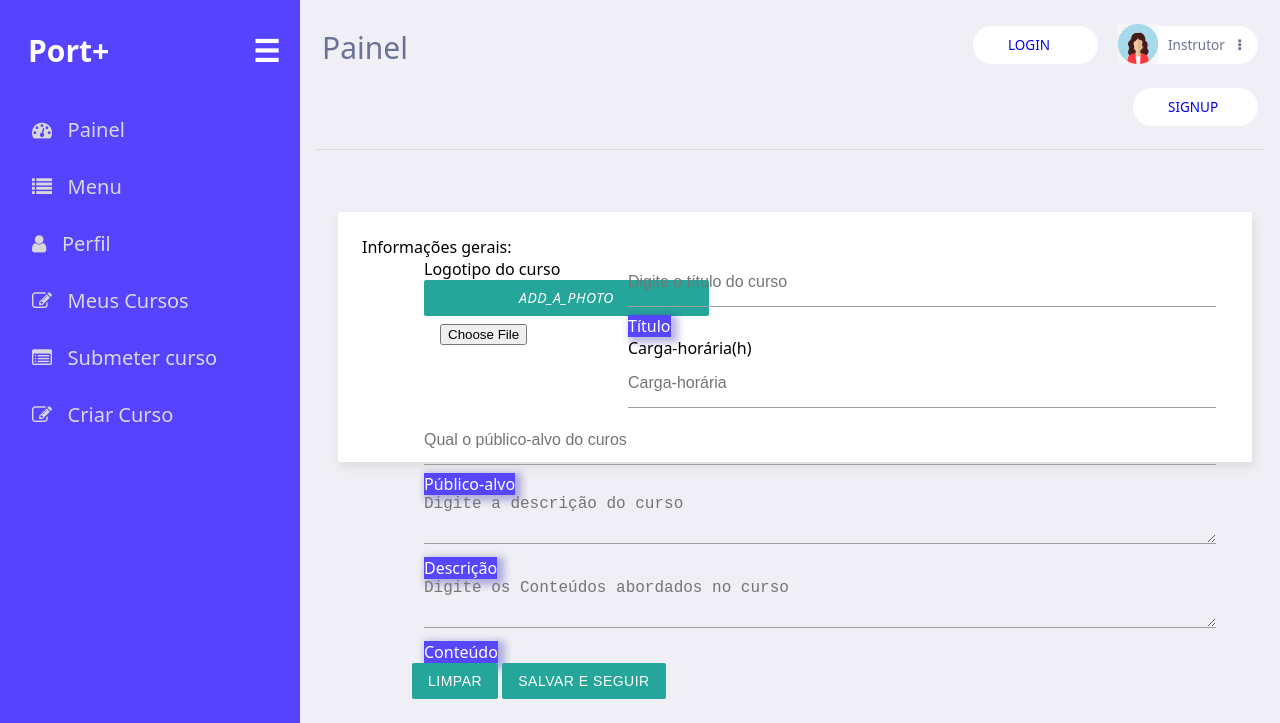
Repository: LauraMViana/Port-plus
Page: http://localhost/portPlus/criarCurso/criarCurso
The author's editor kept a copy of each file at every save. The page is drawn from the files as they stood at one save, then again after the next save.
The browser window is 1280 px wide. The pictures show the whole page.
The page is this project's Thymeleaf template; nobody is signed in. The template is opened directly, without the code that normally fills it, so the values that code supplies are empty.

Above is the page before, as saved 2021-12-27 14:54:09.

### port/src/main/resources/templates/portPlus/criarCurso/criarCurso.html
<!DOCTYPE html >
<html xmlns:th="http://www.thymeleaf.org">
<head>
<meta charset="UTF-8">
<link rel="stylesheet"
	href="https://cdnjs.cloudflare.com/ajax/libs/font-awesome/4.7.0/css/font-awesome.min.css">
<!-- Compiled and minified CSS -->

<!-- <link rel="stylesheet"
	href="https://cdnjs.cloudflare.com/ajax/libs/materialize/1.0.0/css/materialize.min.css">  -->
<link href="https://fonts.googleapis.com/icon?family=Material+Icons"
	rel="stylesheet">
<link rel="stylesheet" href="/Style.css">

<title>PortPlus</title>
</head>
<body>
	<div th:insert="~{menu :: menu}"></div>
	<div id="main">
		<div class="row">
			<div class="col s12 m13">
				<div class="card">
					<div class="card-content ">
						<span class="card-title">Informações gerais:</span>
						<div class="row">
							<form action="/portPlus/criarCurso" method="post"
								enctype="multipart/form-data" th:object="${curso}">
								<div class="col s3">
									<label>Logotipo do curso</label>
									<div class="file input-field">
										<div class="btn">
											<i class="large material-icons">add_a_photo</i> <input
												type="file" name="file">
											<p th:errors="*{nomeLogo}"></p>
										</div>
									</div>
								</div>
								<div class="input-field col s9">
									<input placeholder="Digite o título do curso" id="titulo"
										type="text" class="validate" th:field="*{titulo}"> <label
										for="titulo" class="active">Título</label>
									<p th:errors="*{titulo}"></p>
									<div>
										<label for="cg">Carga-horária(h)</label> <input
											placeholder="Carga-horária" id="cg" type="number"
											class="validate" th:field="*{cargahoraria}">
									</div>
									<p th:errors="*{cargahoraria}"></p>
								</div>
								<div class="input-field col s12">
									<input placeholder="Qual o público-alvo do curos" id="nome"
										type="text" class="validate" th:field="*{publicalvo}">
									<label for="nome" class="active">Público-alvo</label>
									<p th:errors="*{publicalvo}"></p>
								</div>

								<div class="input-field col s12">
									<textarea placeholder="Digite a descrição do curso"
										id="textarea1" class="materialize-textarea"
										th:field="*{descricao}"></textarea>
									<label for="textarea1" class="active">Descrição</label>
									<p th:errors="*{descricao}"></p>
								</div>

								<div class="input-field col s12">
									<textarea placeholder="Digite os Conteúdos abordados no curso"
										id="textarea1" class="materialize-textarea"
										th:field="*{conteudo}"></textarea>
									<label for="textarea1" class="active">Conteúdo</label>
									<p th:errors="*{conteudo}"></p>
								</div>

								<div class="right-align">
									<button class="btn waves-effect waves-light align-center"
										type="reset" name="action">Limpar</button>
									<button class="btn waves-effect waves-light align-center"
										type="submit" name="action">Salvar e seguir</button>
								</div>
							</form>
						</div>
					</div>
				</div>
			</div>
		</div>
	</div>
	<script
		src="https://ajax.googleapis.com/ajax/libs/jquery/3.5.1/jquery.min.js"></script>
	<script>
		$(".menu").click(function() {
			$("#mySidenav").css('width', '70px');
			$("#main").css('margin-left', '70px');
			$(".logo").css('display', 'none');
			$(".logo1").css('display', 'block');
			$(".logo span").css('visibility', 'visible');
			$(".logo span").css('margin-left', '-10px');
			$(".icon-a").css('visibility', 'hidden');
			$(".icon-a").css('height', '25px');
			$(".icons").css('visibility', 'visible');
			$(".icons").css('margin-left', '-8px');
			$(".menu1").css('display', 'block');
			$(".menu").css('display', 'none');
		});

		$(".menu1").click(function() {
			$("#mySidenav").css('width', '300px');
			$("#main").css('margin-left', '300px');
			$(".logo").css('visibility', 'visible');
			$(".logo").css('display', 'block');
			$(".icon-a").css('visibility', 'visible');
			$(".icons").css('visibility', 'visible');
			$(".menu").css('display', 'block');
			$(".menu1").css('display', 'none');
		});
	</script>
	<script>
		$(document).ready(function() {
			$(".profile p").click(function() {
				$(".profile-div").toggle();
			});
		});
	</script>
</body>
</html>

### port/src/main/resources/templates/menu.html
<!DOCTYPE html >
<html xmlns:th="http://www.thymeleaf.org">
<head>
<meta charset="UTF-8">
<link rel="stylesheet" href="/Style.css" type="text/css" />
<link rel="stylesheet"
	href="https://cdnjs.cloudflare.com/ajax/libs/font-awesome/4.7.0/css/font-awesome.min.css">
<title>Port+</title>
</head>
<body>
	<div th:fragment="menu">
		<div id="mySidenav" class="sidenav">
			<p class="logo">
				Port+ <span class="menu">&#9776;</span>
			</p>
			<p class="logo1">
				<span class="menu1">&#9776;</span>
			</p>
			<a href="/" class="icon-a"> <i class="fa fa-dashboard icons"></i>
				&nbsp;&nbsp;Painel
			</a> <a href="/" class="icon-a"><i class="fa fa-list icons"></i>
				&nbsp;&nbsp;Menu</a> <a href="#" class="icon-a"><i
				class="fa fa-user icons"></i> &nbsp;&nbsp;Perfil</a> <a
				href="/portPlus/criarCurso" class="icon-a"><i
				class="fa fa-edit icons"></i> &nbsp;&nbsp;Meus Cursos</a> <a
				href="/portPlus/meusCursos" class="icon-a"><i
				class="fa fa-list-alt icons"></i> &nbsp;&nbsp;Submeter curso</a> <a
				href="/portPlus/criarCurso" class="icon-a"><i
				class="fa fa-edit icons"></i> &nbsp;&nbsp;Criar Curso</a>
		</div>

		<div id="main">
			<div class="head">
				<div class="col-div-6">
					<p class="nav">Painel</p>
				</div>
				<div class="col-div-6">
					<div class="profile">
						<img src="/Imagens/usuario.png" class="pro-img" />
						<p>
							Instrutor <i class="fa fa-ellipsis-v dots" aria-hidden="true"></i>
						</p>
						<div class="profile-div">
							<p>
								<a href="#" class="icon-a"><i class="fa fa-user"></i>
									&nbsp;&nbsp;Perfil
							</p>
							</a>
							<!-- <p>
								<i class="fa fa-cogs"></i> &nbsp;&nbsp;Configurações
							</p> -->
							<p>
								<i class="fa fa-power-off"></i> &nbsp;&nbsp;Sair
							</p>
						</div>
					</div>
					<div class="login">
						<p>
							<a href="/portPlus/login">LOGIN</a>
						</p>
						<p>
							<a href="/portPlus/signup">SIGNUP</a>
						</p>
					</div>
				</div>
				<div class="clearfix"></div>
			</div>
			<div class="clearfix"></div>
			<br />
		</div>
	</div>
	<script
		src="https://ajax.googleapis.com/ajax/libs/jquery/3.5.1/jquery.min.js"></script>
	<script>
		$(".menu").click(function() {
			$("#mySidenav").css('width', '70px');
			$("#main").css('margin-left', '70px');
			$(".logo").css('display', 'none');
			$(".logo1").css('display', 'block');
			$(".logo span").css('visibility', 'visible');
			$(".logo span").css('margin-left', '-10px');
			$(".icon-a").css('visibility', 'hidden');
			$(".icon-a").css('height', '25px');
			$(".icons").css('visibility', 'visible');
			$(".icons").css('margin-left', '-8px');
			$(".menu1").css('display', 'block');
			$(".menu").css('display', 'none');
		});

		$(".menu1").click(function() {
			$("#mySidenav").css('width', '300px');
			$("#main").css('margin-left', '300px');
			$(".logo").css('visibility', 'visible');
			$(".logo").css('display', 'block');
			$(".icon-a").css('visibility', 'visible');
			$(".icons").css('visibility', 'visible');
			$(".menu").css('display', 'block');
			$(".menu1").css('display', 'none');
		});
	</script>
	<script>
		$(document).ready(function() {
			$(".profile p").click(function() {
				$(".profile-div").toggle();

			});

			/* $(".noti-icon").click(function() {
					$(".notification-div").toggle();
				}); */

		});
	</script>
</body>
</html>

### port/src/main/resources/static/Style.css
/* Laura */
body {
	margin: 0px;
	padding: 0px;
	background-color: #efeff5;
	font-family: system-ui;
}

.clearfix {
	clear: both;
}

.logo {
	margin: 0px;
	margin-left: 28px;
	font-weight: bold;
	color: white;
	margin-bottom: 30px;
}

.sidenav {
	height: 100%;
	width: 300px;
	position: fixed;
	z-index: 1;
	top: 0;
	left: 0;
	background-color: #5643ff;
	overflow: hidden;
	padding-top: 30px;
	transition: ease-in-out 0.3s;
}

.menu {
	float: right;
	margin-right: 20px;
	cursor: pointer;
}

.logo1 {
	margin: 0px;
	margin-left: 20px;
	font-weight: bold;
	color: white;
	margin-bottom: 50px;
	display: none;
	cursor: pointer;
}

.menu1 {
	float: left;
	display: none;
}

.sidenav a {
	padding: 15px 8px 15px 32px;
	text-decoration: none;
	font-size: 20px;
	color: #d8d8d8;
	display: block;
}

.sidenav a:hover {
	color: #f1f1f1;
	background-color: #2c1ed6;
}

.sidenav {
	top: 0;
	right: 25px;
	font-size: 30px;
}

#main {
	padding: 16px;
	margin-left: 300px;
}

.head {
	padding: 0px 6px;
	border-bottom: 1px solid #d6d6d8b8;
	padding-bottom: 10px;
}

.col-div-6 {
	width: 50%;
	float: left;
}

.login p {
	color: #6c7293;
	font-weight: 500;
	margin-left: 35px;
	margin-top: 10px;
	font-size: 13.5px;
	background-color: white;
	padding: 10px;
	border-radius: 25px;
	padding-left: 35px;
	width: 80px;
	float: right;
	cursor: pointer;
}

.profile {
	display: inline-block;
	float: right;
	width: 160px;
}

.pro-img {
	float: left;
	width: 40px;
	margin-top: 8px;
	margin-left: 20px;
}

.profile p {
	color: #6c7293;
	font-weight: 500;
	margin-left: 35px;
	margin-top: 10px;
	font-size: 13.5px;
	background-color: white;
	padding: 10px;
	border-radius: 25px;
	padding-left: 35px;
	cursor: pointer;
}

.dots {
	margin-left: 10px;
}

.profile-div {
	background-color: white;
	width: 160px;
	border: 1px solid #ddd;
	padding: 10px 0px;
	right: 2%;
	border-radius: 5px;
	position: absolute;
	z-index: 9;
	display: none;
}

.profile-div:after {
	content: '';
	position: absolute;
	height: 10px;
	width: 10px;
	background-color: white;
	top: -6px;
	border-left: 1px solid #ddd;
	border-top: 1px solid #ddd;
	transform: rotate(45deg);
	right: 10%;
}

.profile-div p {
	margin: 0px;
	padding: 10px 20px;
}

.profile-div p:hover {
	margin: 0px;
	padding: 10px 20px;
	background-color: #5643ff;
	border-radius: 0px;
	color: white;
}

.notification-div {
	background-color: white;
	width: 240px;
	border: 1px solid #ddd;
	padding: 10px 0px;
	right: 16%;
	border-radius: 5px;
	top: 12%;
	position: absolute;
	z-index: 9;
	display: none;
}

.notification-div:after {
	content: '';
	position: absolute;
	height: 10px;
	width: 10px;
	background-color: white;
	top: -6px;
	border-left: 1px solid #ddd;
	border-top: 1px solid #ddd;
	transform: rotate(45deg);
	right: 10%;
}

.noti-head {
	display: block;
	margin: 0px;
	color: #6c7293;
}

.noti-head:hover {
	background-color: white !important;
	color: #6c7293 !important;
}

.noti-head span {
	position: absolute;
	right: 8%;
	top: 10%;
	background-color: #5643ff;
	padding: 1px 5px;
	color: white;
	border-radius: 20px;
}

.hr {
	margin: 0px;
	border: none;
	background-color: #ddd;
	height: 1px;
}

.notification-div p {
	margin: 0px;
	padding: 10px 20px;
	color: #6c7293;
}

.notification-div p span {
	font-size: 11px;
	display: block;
}

.notification-div p:hover {
	margin: 0px;
	padding: 10px 20px;
	background-color: #5643ff;
	border-radius: 0px;
	color: white;
}

.search-icon {
	position: absolute;
	right: 22%;
	top: 25px;
	background-color: white;
	padding: 13px;
	border-radius: 21px;
	color: #6c7293;
	cursor: pointer;
}

.noti-icon {
	position: absolute;
	right: 17%;
	top: 25px;
	background-color: #5643ff;
	padding: 13px;
	border-radius: 21px;
	color: #fff;
	cursor: pointer;
}

.noti-icon:after {
	content: '';
	height: 5px;
	width: 5px;
	border-radius: 5px;
	top: 5px;
	left: 20px;
	position: absolute;
	background-color: red;
}

.col-div-4-1 {
	width: 33.3%;
	float: left;
}

.box {
	width: 88%;
	height: 480px;
	background-color: #ffffff;
	margin-left: 10px;
	padding: 10px;
	box-shadow: 2px 5px 10px #ddd;
	position: relative;
}

.box p {
	color: #6c7293;
	font-weight: 500;
	padding-left: 10px;
}

.number {
	font-size: 35px;
	margin-bottom: 0px;
	margin-top: 20px;
}

.percent {
	margin: 0px;
	font-size: 14px;
	color: #37bf37 !important;
}

.percent span {
	font-size: 12px;
	color: #9398b1;
	padding-left: 3px;
}

.head-1 {
	font-size: 18px !important;
	margin: 10px 0px;
	color: #6c7293;
}

.head-1 span {
	float: right;
	background-color: #5643ff;
	color: white;
	padding: 3px 10px;
	font-size: 15px;
}

.box-icon {
	font-size: 20px !important;
	margin-top: 35px !important;
	color: #5643ff;
	padding-right: 10px;
	background-color: #efeff5;
	padding: 15px;
	border-radius: 25px;
	position: absolute;
	right: 16px;
	top: -18px;
}

.box-1 {
	width: 88%;
	height: 282px;
	background-color: #ffffff;
	margin-left: 10px;
	padding: 10px;
	box-shadow: 2px 5px 10px #ddd;
	position: relative;
}

.m-box {
	color: #6c7293;
	position: relative;
	padding: 0px 12px;
}

.active {
	background-color: #5646ff;
	color: white;
	box-shadow: 4px 3px 7px 3px #3226ad54;
}

.active .no-1 {
	color: #ddd !important;
}

.m-box p {
	display: inline-block;
	margin: 10px 0px;
}

.no {
	position: absolute !important;
	top: 21px;
	right: 15px;
	font-weight: 500;
}

.no-1 {
	font-size: 12px;
	color: #9398b1;
}

.act-p {
	font-size: 13px;
	color: #6c7293;
}

.act-p .fa {
	color: orange !important;
}

.content-box-1 {
	padding: 0px 10px;
}

.col-div-12 {
	width: 100%;
}

.col-div-4 {
	width: 30%;
	float: left;
}

.content-box {
	padding: 20px;
}

.content-box p {
	margin: 0px;
	font-size: 20px;
	color: #6c7293;
}

.content-box p span {
	float: right;
	background-color: #5643ff;
	color: white;
	padding: 3px 10px;
	font-size: 15px;
}

.box-8 {
	width: 97.8%;
	background-color: #fff;
	height: 330px;
}

.nav {
	font-size: 30px;
	cursor: pointer;
	color: #6c7293;
	margin: 11px 0px;
}

.box-8 {
	margin-left: 10px;
}

td, th {
	border: 1px solid #dddddd;
	text-align: left;
	padding: 10px;
}

tr:nth-child(even) {
	background-color: #5643ff29;
	color: #6c7293 !important;
}

.circle-wrap {
	margin: 50px auto;
	width: 150px;
	height: 150px;
	background: #e6e2e7;
	border-radius: 50%;
}

.circle-wrap .circle .mask, .circle-wrap .circle .fill {
	width: 150px;
	height: 150px;
	position: absolute;
	border-radius: 50%;
}

.circle-wrap .circle .mask {
	clip: rect(0px, 150px, 150px, 75px);
}

.circle-wrap .circle .mask .fill {
	clip: rect(0px, 75px, 150px, 0px);
	background-color: #5646ff;
}

.circle-wrap .circle .mask.full, .circle-wrap .circle .fill {
	animation: fill ease-in-out 3s;
	transform: rotate(126deg);
}

@
keyframes fill { 0% {
	transform: rotate(0deg);
}

100










%
{
transform










:










rotate








(










126deg










)








;
}
}
.circle-wrap .inside-circle {
	width: 130px;
	height: 130px;
	border-radius: 50%;
	background: #fff;
	line-height: 130px;
	text-align: center;
	margin-top: 10px;
	margin-left: 10px;
	position: absolute;
	z-index: 100;
	font-weight: 700;
	font-size: 2em;
	color: #6c7293;
}

/* Thais */
h1 {
	font-weight: 400;
	font-family: Century Gothic, Arial, Helvetica, sans-serif;
	color: #6c7293;
	font-size: calc(1.044375rem + 1.7325vw);
}

h4, h6 {
	font-weight: 100;
	font-family: Century Gothic, Arial, Helvetica, sans-serif;
	color: #6c7293;
	font-size: 30px;
	margin: 0px;
}

a {
	text-decoration: none;
}

#btn {
	text-align: right;
}

/*Apresente material  */
.mod-title {
	font-size: 30px;
	color: #d8d8d8;
}

/* Index  */
.box-mod {
	width: 88%;
	height: 30px;
	background-color: #dfdfdf;
	margin-left: 10px;
	padding: 10px;
	position: relative;
	margin-left: 10px;
	padding: 10px;
	border-top: 1px solid #d7dfe3;
	margin-left: 10px;
	margin-bottom: 15px;
}

.box-mod p {
	color: #6c7293;
	font-weight: 500;
	margin: 0px;
	padding: 10px;
	width: 105px;
	margin-left: 90px;
}
/* blocos de curso ou modulos  */
.col-div-4-2 {
	width: 25%;
	float: left;
}

.card.small .card-image+.card-content, .card.medium .card-image+.card-content,
	.card.large .card-image+.card-content {
	max-height: 40%;
}

.card.small .card-content, .card.medium .card-content, .card.large .card-content
	{
	max-height: 100%;
	overflow: hidden;
}

.card .card-content {
	padding: 24px;
	border-radius: 0 0 2px 2px;
}

.card .card-image img {
	display: block;
	border-radius: 2px 2px 0 0;
	position: relative;
	left: 0;
	right: 0;
	top: 0;
	bottom: 0;
	width: 100%;
}

img {
	border-style: none;
}

.card.small .card-image, .card.medium .card-image, .card.large .card-image
	{
	max-height: 60%;
	overflow: hidden;
}

.card .card-image {
	position: relative;
}

.card.small {
	height: 300px;
}

.card.small, .card.medium, .card.large {
	position: relative;
}

.card {
	margin-left: 10px;
	box-shadow: 2px 5px 10px #ddd;
	position: relative;
	height: 250px;
	background-color: #fff;
	-webkit-transition: -webkit-box-shadow .25s;
	transition: -webkit-box-shadow .25s;
	transition: box-shadow .25s;
	transition: box-shadow .25s, -webkit-box-shadow .25s;
	border-radius: 2px;
}

.card {
	position: relative;
	margin: 0.5rem 0 1rem 0;
	background-color: #fff;
	-webkit-transition: -webkit-box-shadow .25s;
	transition: -webkit-box-shadow .25s;
	transition: box-shadow .25s;
	transition: box-shadow .25s, -webkit-box-shadow .25s;
	border-radius: 2px;
}

.image {
	display: block;
	position: relative;
	left: 0;
	right: 0;
	top: 0;
	bottom: 0;
	width: 100%;
	max-height: 70%;
	overflow: hidden;
	max-height: 70%;
	right: 0;
	top: 0;
	bottom: 0;
}

.card {
	margin-left: 10px;
	box-shadow: 2px 5px 10px #ddd;
	position: relative;
	height: 250px;
	background-color: #fff;
	-webkit-transition: -webkit-box-shadow .25s;
	transition: -webkit-box-shadow .25s;
	transition: box-shadow .25s;
	transition: box-shadow .25s, -webkit-box-shadow .25s;
	border-radius: 2px;
}

.card-title-mod {
	display: block;
	line-height: 32px;
	margin-bottom: 8px;
	font-size: 24px;
	font-weight: 300;
}
/* descriçao do curso  */
.mod-d {
	font-size: 18px !important;
	margin: 10px 0px;
	color: #6c7293;
	text-align: justify;
}

/* Pag apresentação Material */
aside {
	width: 260px;
	float: right;
	margin-right: 20px;
	border: 1px solid black;
}

.conteudo {
	padding-left: 15px;
	width: 700px;
	float: left;
	height: 415px;
	text-align: justify;
}

.card.lista {
	background-color: #5643ff;
	width: 259.5px;
	height: 50px;
	text-align: center;
	padding: 5px 0px 5px 0px;
	margin: 0px;
}

.lista li {
	padding: 15px 8px 15px 32px;
	text-decoration: none;
	font-size: 20px;
	color: #d8d8d8;
	display: block;
	text-align: justify;
}

.lista li:hover {
	color: #f1f1f1;
	background-color: #5643ff;
}

.lista a:hover {
	color: #f1f1f1;
	background-color: #5643ff;
}

ul {
	padding: 0px;
	margin: 0px;
	list-style-type: none;
}

textarea.materialize-textarea.texto {
	height: 12rem;
}

input:not([type]), input[type="text"]:not(.browser-default), input[type="url"]:not(.browser-default),
	input[type="number"]:not(.browser-default), textarea.materialize-textarea
	{
	background-color: transparent;
	border-top-width: initial;
	border-right-width: initial;
	border-left-width: initial;
	border-top-color: initial;
	border-right-color: initial;
	border-left-color: initial;
	height: 3rem;
	width: 100%;
	font-size: 16px;
	box-shadow: none;
	box-sizing: content-box;
	border-style: none none solid;
	border-image: initial;
	border-bottom: 1px solid rgb(158, 158, 158);
	border-radius: 0px;
	outline: none;
	margin: 0px 0px 8px;
	padding: 0px;
	transition: box-shadow 0.3s ease 0s, border 0.3s ease 0s,
		-webkit-box-shadow 0.3s ease 0s;
}

form {
	padding-left: 50px;
}

.dados-do-curso, .listarCriarMod {
	padding-left: 50px;
}

.s2 {
	width: 20%;
	display: inline;
}

.col.s3 {
	width: 25%;
	margin-left: auto;
	left: auto;
	right: auto;
}

.col.s4 {
	width: 33.3333333333%;
	margin-left: auto;
	left: auto;
	right: auto;
}

.col.s5 {
	width: 41.6666666667%;
	margin-left: auto;
	left: auto;
	right: auto;
}

.col.s6 {
	width: 50%;
	margin-left: auto;
	left: auto;
	right: auto;
}

.col.s9 {
	width: 75%;
	margin-left: auto;
	left: auto;
	right: auto;
}

.col.s12 {
	width: 100%;
	margin-left: auto;
	left: auto;
	right: auto;
}

.col.s12.cont {
	padding-bottom: 20px;
}

.col {
	float: left;
	-webkit-box-sizing: border-box;
	box-sizing: border-box;
	padding: 0 0.75rem;
	min-height: 1px;
}

.s10 {
	width: 80%;
	margin-left: auto;
	left: auto;
	right: auto;
}

.btn {
	text-decoration: none;
	color: #fff;
	background-color: #26a69a;
	text-align: center;
	letter-spacing: .5px;
	-webkit-transition: background-color .2s ease-out;
	transition: background-color .2s ease-out;
	cursor: pointer;
	border: none;
	border-radius: 2px;
	display: inline-block;
	height: 36px;
	line-height: 36px;
	padding: 0 16px;
	text-transform: uppercase;
	font-size: 14px;
	outline: 0;
	font-size: 14px;
}

.waves-effect {
	position: relative;
	cursor: pointer;
	display: inline-block;
	overflow: hidden;
	-webkit-user-select: none;
	-moz-user-select: none;
	-ms-user-select: none;
	user-select: none;
	-webkit-tap-highlight-color: transparent;
	vertical-align: middle;
	z-index: 1;
	-webkit-transition: .3s ease-out;
	transition: .3s ease-out;
}

.modal.modal-fixed-footer {
	padding: 0;
	height: 70%;
}

.modal {
	display: none;
	position: fixed;
	left: 0;
	right: 0;
	background-color: #fafafa;
	padding: 0;
	max-height: 70%;
	width: 55%;
	margin: auto;
	overflow-y: auto;
	border-radius: 2px;
	will-change: top, opacity;
}

.modal.modal-fixed-footer {
	padding: 0;
	height: 70%;
}

.modal {
	display: none;
	position: fixed;
	left: 0;
	right: 0;
	background-color: #fafafa;
	padding: 0;
	max-height: 70%;
	width: 55%;
	margin: auto;
	overflow-y: auto;
	border-radius: 2px;
	will-change: top, opacity;
}

.z-depth-5, .modal {
	-webkit-box-shadow: 0 24px 38px 3px rgb(0 0 0/ 14%), 0 9px 46px 8px
		rgb(0 0 0/ 12%), 0 11px 15px -7px rgb(0 0 0/ 20%);
	box-shadow: 0 24px 38px 3px rgb(0 0 0/ 14%), 0 9px 46px 8px
		rgb(0 0 0/ 12%), 0 11px 15px -7px rgb(0 0 0/ 20%);
}

.collapsible {
	border-top: 1px solid #ddd;
	border-right: 1px solid #ddd;
	border-left: 1px solid #ddd;
	margin: 0.5rem 0 1rem 0;
}

.collapsible-header {
	display: -webkit-box;
	display: -webkit-flex;
	display: -ms-flexbox;
	display: flex;
	-webkit-tap-highlight-color: transparent;
	line-height: 1.5;
	padding: 1rem;
	background-color: #fff;
	border-bottom: 1px solid #ddd;
	display: -webkit-box;
	display: -webkit-flex;
	display: -ms-flexbox;
	display: flex;
	cursor: pointer;
	-webkit-tap-highlight-color: transparent;
	line-height: 1.5;
	padding: 1rem;
	background-color: #fff;
	border-bottom: 1px solid #ddd;
}

.optCont {
	display: inline-block;
	float: right;
	width: 160px;
}

.optCont a {
	cursor: pointer;
}

.opt {
	background-color: white;
	width: 100px;
	border: 1px solid #ddd;
	padding: 10px 0px;
	right: 10%;
	border-radius: 5px;
	position: absolute;
	z-index: 9;
	display: none;
}

.opt p {
	margin: 0px;
	padding: 10px 20px;
}

.opt p:hover {
	margin: 0px;
	padding: 10px 20px;
	background-color: #5643ff;
	border-radius: 0px;
	color: white;
}

.modal.modal-fixed-footer {
	height: 40%;
	width: 40%;
}

.modal .modal-content {
	padding: 65px 24px 24px 75px;
}

After the next save:
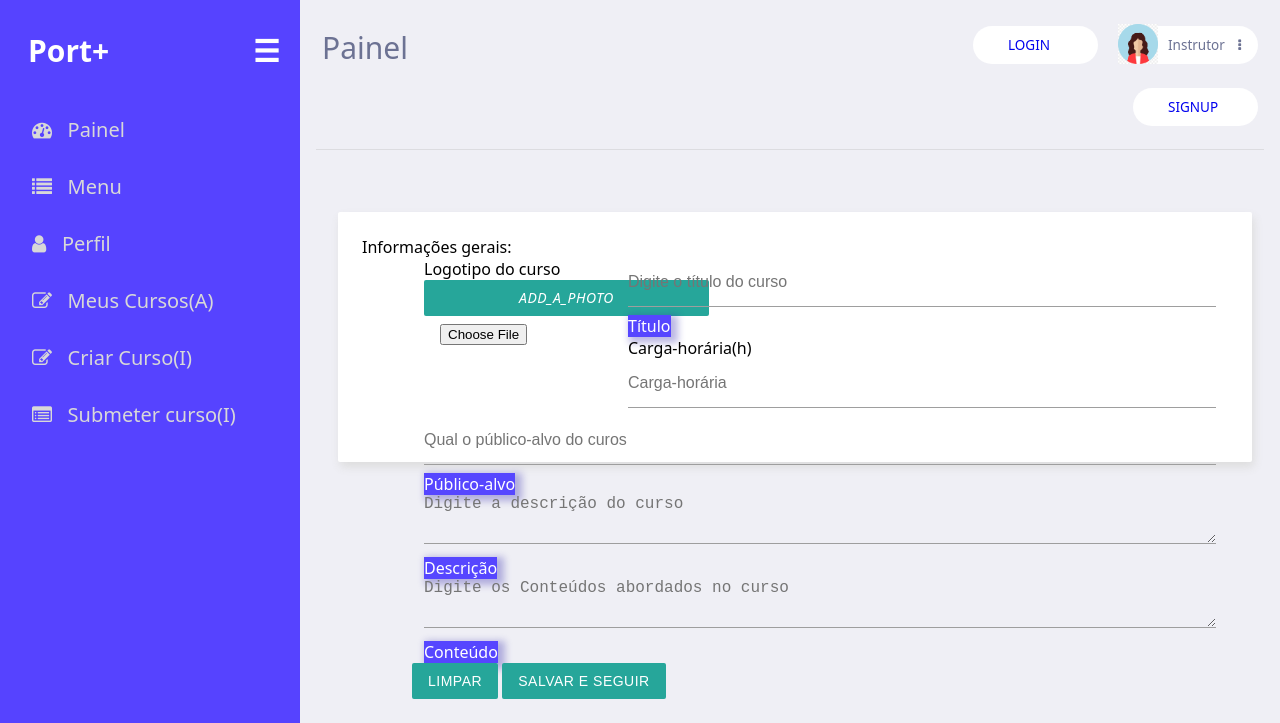
Saved 42 s later.
--- a/port/src/main/resources/templates/menu.html
+++ b/port/src/main/resources/templates/menu.html
@@ -22,11 +22,11 @@
 				&nbsp;&nbsp;Menu</a> <a href="#" class="icon-a"><i
 				class="fa fa-user icons"></i> &nbsp;&nbsp;Perfil</a> <a
 				href="/portPlus/criarCurso" class="icon-a"><i
-				class="fa fa-edit icons"></i> &nbsp;&nbsp;Meus Cursos</a> <a
+				class="fa fa-edit icons"></i> &nbsp;&nbsp;Meus Cursos(A)</a> <a
+				href="/portPlus/criarCurso" class="icon-a"><i
+				class="fa fa-edit icons"></i> &nbsp;&nbsp;Criar Curso(I)</a><a
 				href="/portPlus/meusCursos" class="icon-a"><i
-				class="fa fa-list-alt icons"></i> &nbsp;&nbsp;Submeter curso</a> <a
-				href="/portPlus/criarCurso" class="icon-a"><i
-				class="fa fa-edit icons"></i> &nbsp;&nbsp;Criar Curso</a>
+				class="fa fa-list-alt icons"></i> &nbsp;&nbsp;Submeter curso(I)</a>
 		</div>
 
 		<div id="main">
